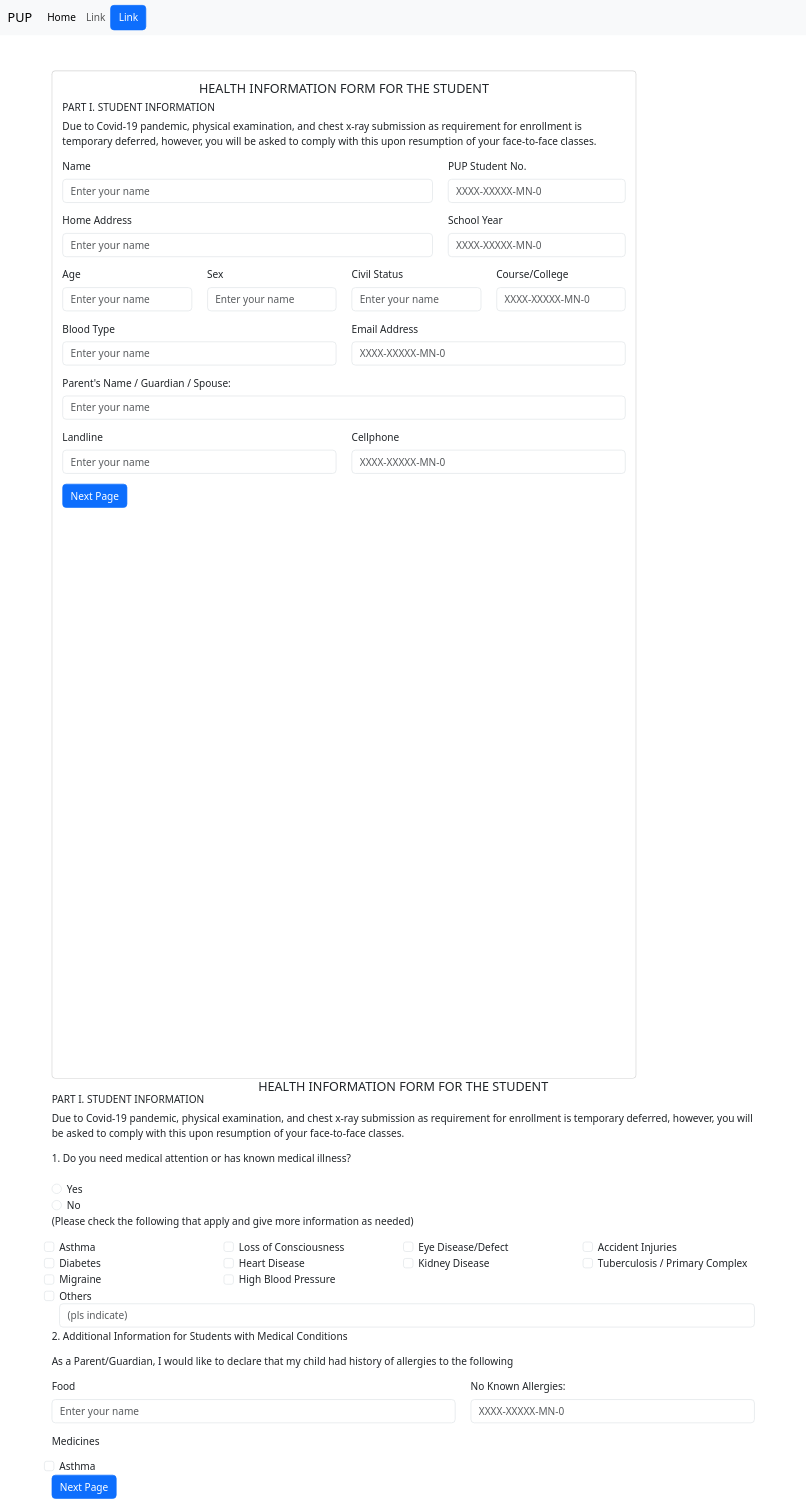
Repository: Nicktacku/webdev
Page: form.html
The author's editor kept a copy of each file at every save. The page is drawn from the files as they stood at one save, then again after the next save.
The browser window is 1280 px wide. The pictures show the whole page, at 63% of full size.

Above is the page before, as saved 2024-07-15 19:00:48.

After the next save:
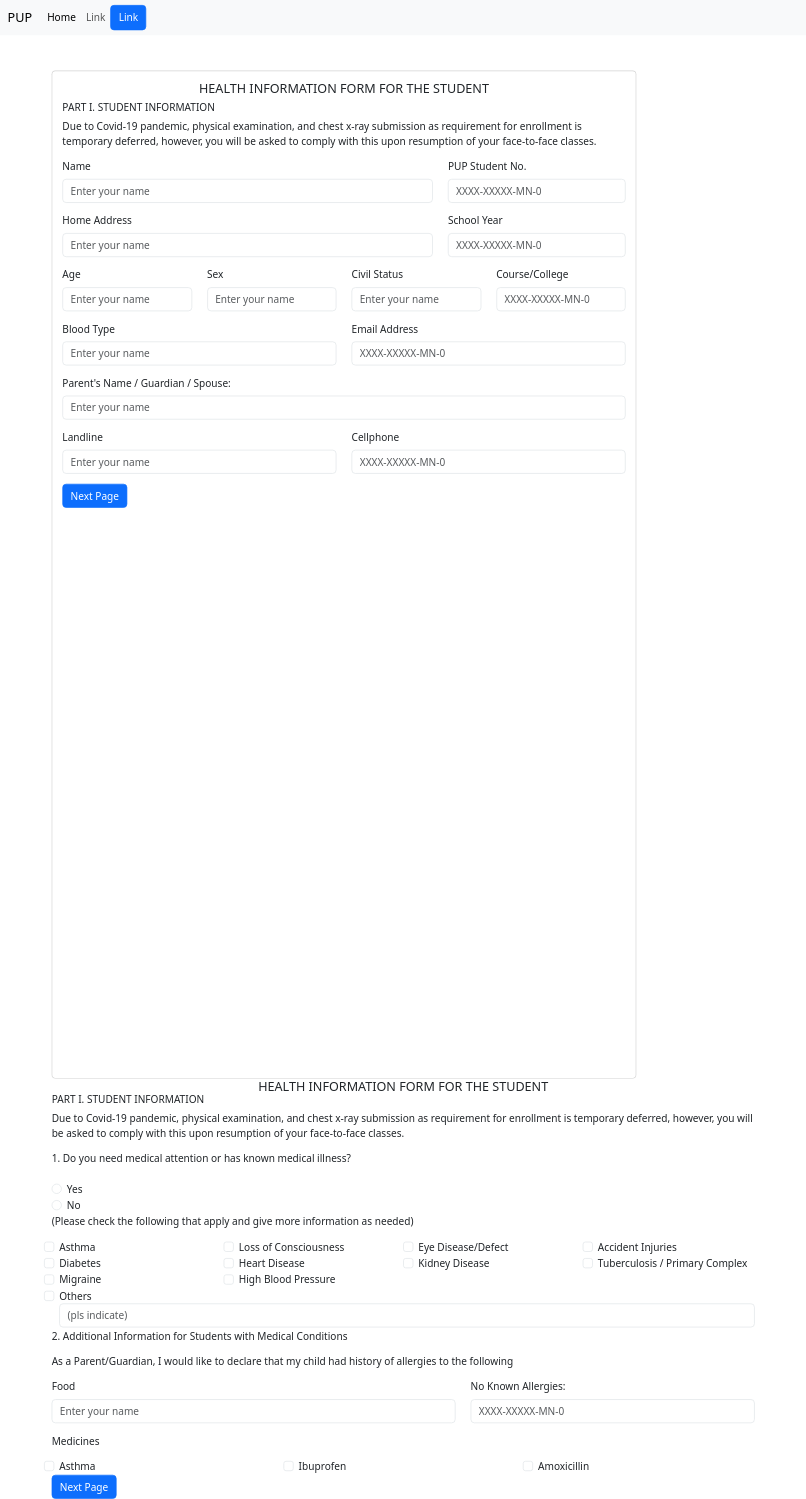
Saved 69 s later.
--- a/form.html
+++ b/form.html
@@ -271,10 +271,22 @@
                     </div>
 
                         <p class="col-12">Medicines</p>
-                        <div class="form-check col-3">
+                        <div class="form-check col-4">
                             <input class="form-check-input" type="checkbox" value="" id="flexCheckDefault">
                             <label class="form-check-label" for="flexCheckDefault">
                               Asthma
+                        </label>
+                        </div>
+                        <div class="form-check col-4">
+                            <input class="form-check-input" type="checkbox" value="" id="flexCheckDefault">
+                            <label class="form-check-label" for="flexCheckDefault">
+                              Ibuprofen
+                        </label>
+                        </div>
+                        <div class="form-check col-4">
+                            <input class="form-check-input" type="checkbox" value="" id="flexCheckDefault">
+                            <label class="form-check-label" for="flexCheckDefault">
+                            Amoxicillin
                         </label>
                         </div>
                 </div>
